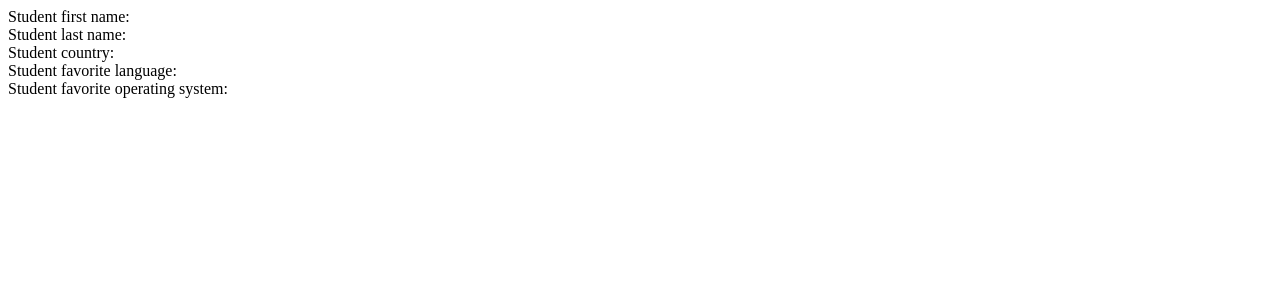
Repository: kutaykabadas/spring-demo
Page: http://localhost/student-confirmation
An editor plug-in stored every save of this project. The page is shown before and after the next save, followed by the edit.
The browser window is 1280 px wide. The pictures show the whole page.
The page is this project's Thymeleaf template; nobody is signed in. The template is opened directly, without the code that normally fills it, so the values that code supplies are empty.

Above is the page before, as saved 2025-06-30 23:05:40.

After the next save:
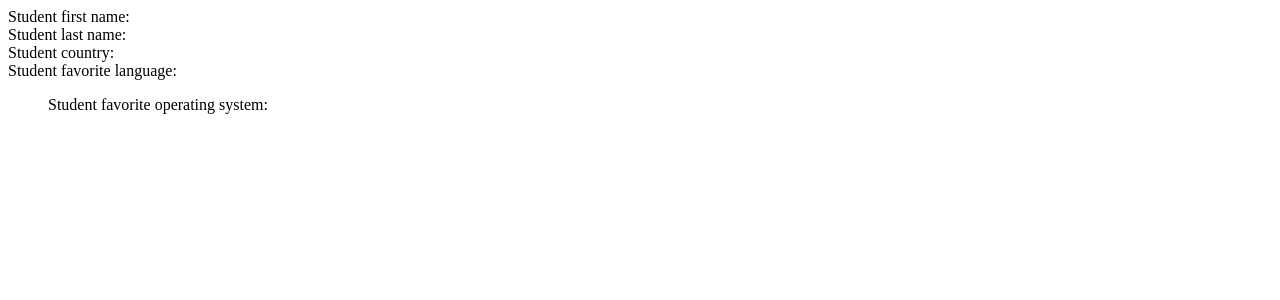
Saved 6 s later.
--- a/thymeleafdemo/src/main/resources/templates/student-confirmation.html
+++ b/thymeleafdemo/src/main/resources/templates/student-confirmation.html
@@ -14,8 +14,10 @@
 	<br />
 	Student favorite language: <span th:text="${student.favoriteLanguage}" />
 	<br />
+	<ul>
+
 	Student favorite operating system: <span th:text="${student.favoriteOS}"/>
-	<ul></ul>
+	</ul>
 </body>
 
 </html>
